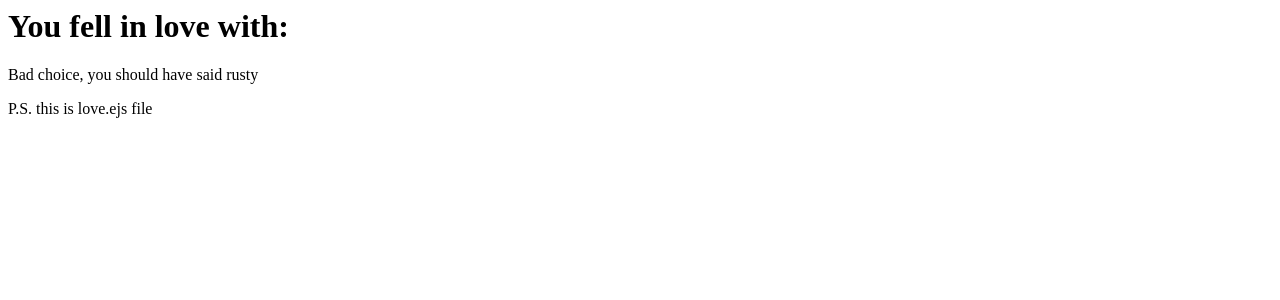
Repository: JoseSM1598/WebAppProjects
Page: MoreExpress/EJSDemo/views/love.ejs
The author's editor kept a record of every edit. The page is drawn from the files as they stood at one moment, then again after the next edit.
The browser window is 1280 px wide. The pictures show the whole page.
The page is served by the project's Node server (MoreExpress/EJSDemo/app.js). The template is opened directly, without the code that normally fills it, so the values that code supplies are empty.

Above is the page before.

After the next edit:
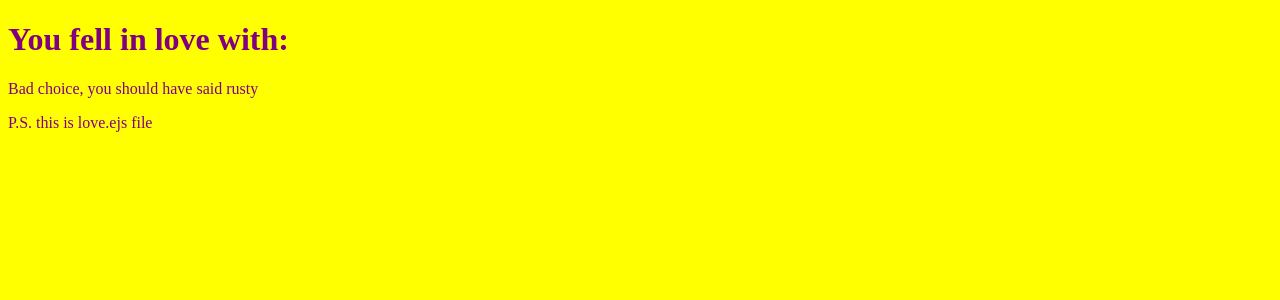
The edit:
--- a/MoreExpress/EJSDemo/views/love.ejs
+++ b/MoreExpress/EJSDemo/views/love.ejs
@@ -1,3 +1,16 @@
+<!DOCTYPE html>
+<html>
+    <head>
+        <title>Demo App</title>
+
+    </head>
+</html>
+
+
+
+
+<link rel = "stylesheet" href = "app.css" </link>
+
 <h1> You fell in love with: <%=thingVar.toUpperCase()%> </h1>
 
 <%if(thingVar.toLowerCase() === "rusty"){%>

After the edit that followed:
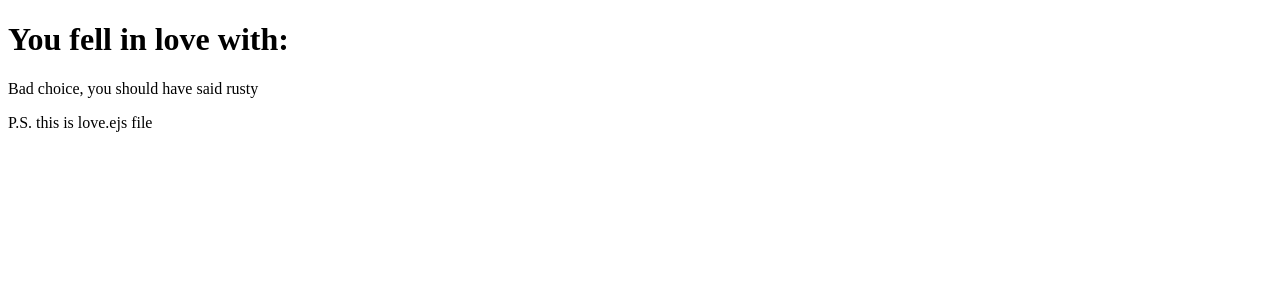
The edit:
--- a/MoreExpress/EJSDemo/views/love.ejs
+++ b/MoreExpress/EJSDemo/views/love.ejs
@@ -9,7 +9,7 @@
 
 
 
-<link rel = "stylesheet" href = "app.css" </link>
+
 
 <h1> You fell in love with: <%=thingVar.toUpperCase()%> </h1>
 
